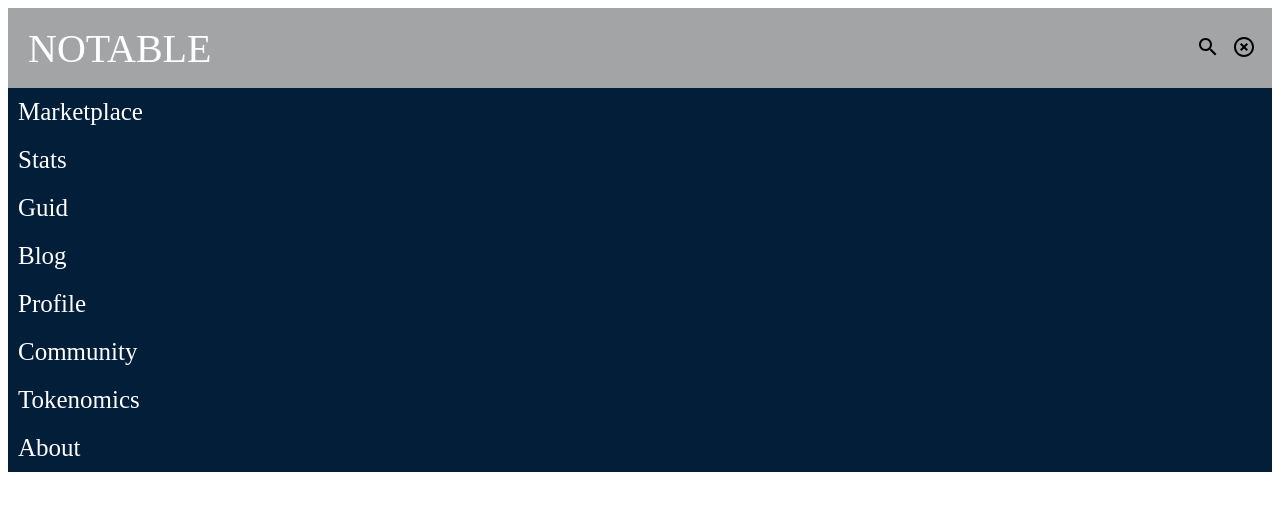
Repository: cvsschaitanya/test
Page: /
An editor plug-in stored every save of this project. The page is shown before and after the next save, followed by the edit.
The browser window is 1280 px wide. The pictures show the whole page.
The project was rebuilt for these pictures with package versions that can differ from the ones it lists, and the page was loaded fresh each time.

Above is the page before, as saved 2021-10-21 00:48:16.

After the next save:
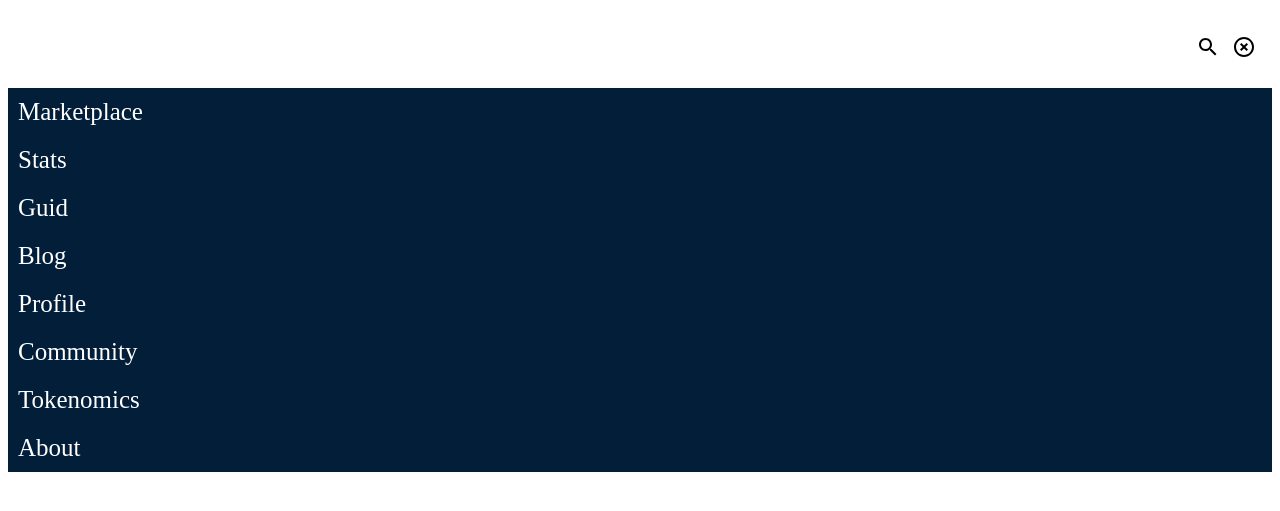
Saved 9 s later.
--- a/src/components/NavBar.css
+++ b/src/components/NavBar.css
@@ -8,7 +8,7 @@
 }
 
 .NavBar {
-	background-color: #a3a4a5;
+	background-color: white;
 	width: 100%;
 	height: 80px;
 	position: relative;
